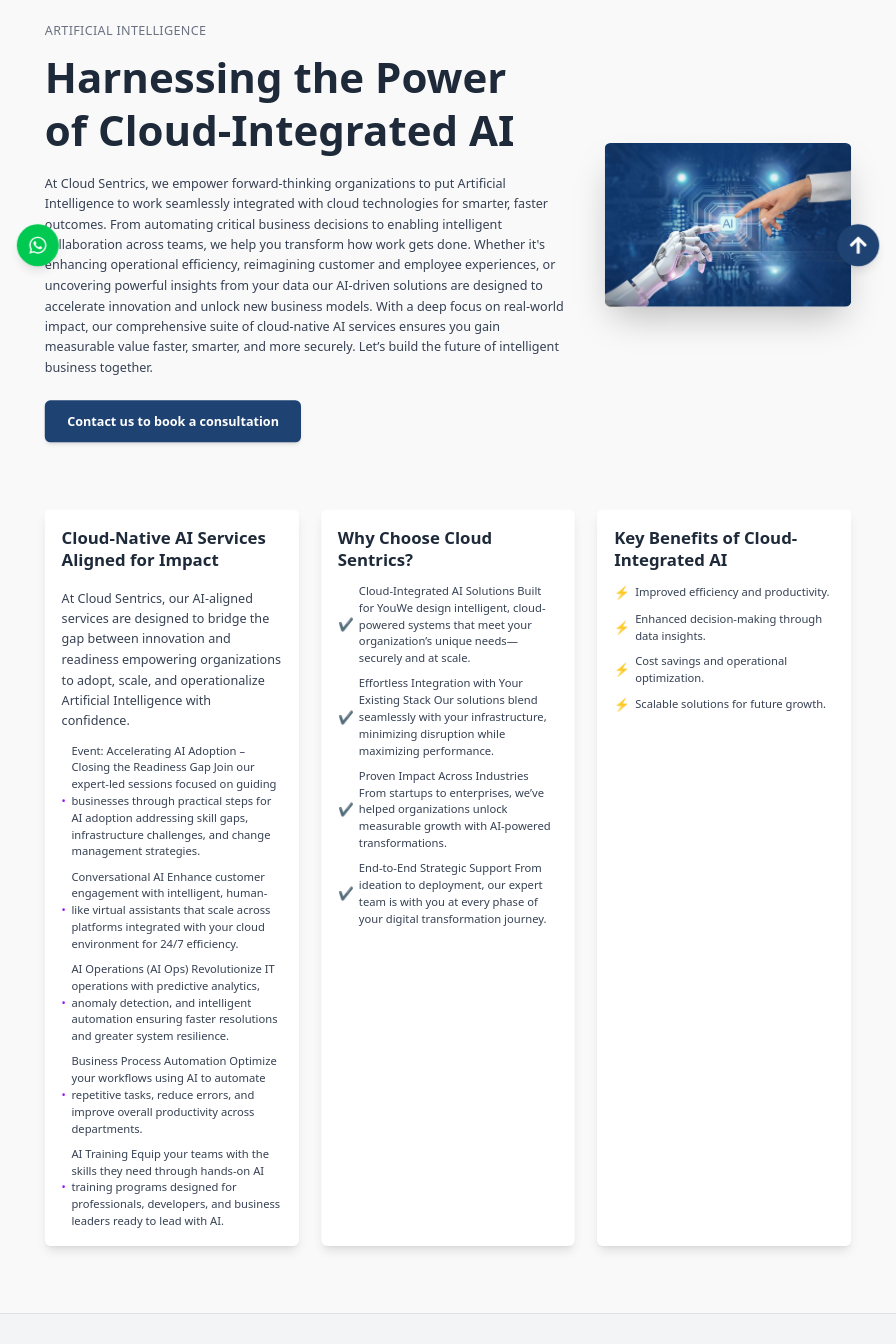
Repository: chykesure/cloudsentrics_
Page: /ai
These files come from the project's save history. The page is drawn as it stood at one moment and after a run of saves; the edit follows.
The browser window is 1280 px wide. The pictures show the part of the page from y = 307 to 2227 px (the page is 4520 px tall), at 70% of full size.
The page's requests for data from a server got no answer. The project was rebuilt for these pictures with package versions that can differ from the ones it lists, and the page was loaded fresh each time. No one was signed in, and anything a server would have sent is missing. Also part of the build but not shown: vite.config.js, src/pages/Header.jsx, src/pages/Footer.jsx, src/pages/students/Reviews.jsx, src/pages/students/Testimony.jsx, src/pages/students/TestimonyLanding.jsx, src/pages/LandingPage.jsx, src/pages/students/Header.jsx and 41 more.

Above is the page before, as saved 2025-04-09 20:21:24.

After the next 3 saves:
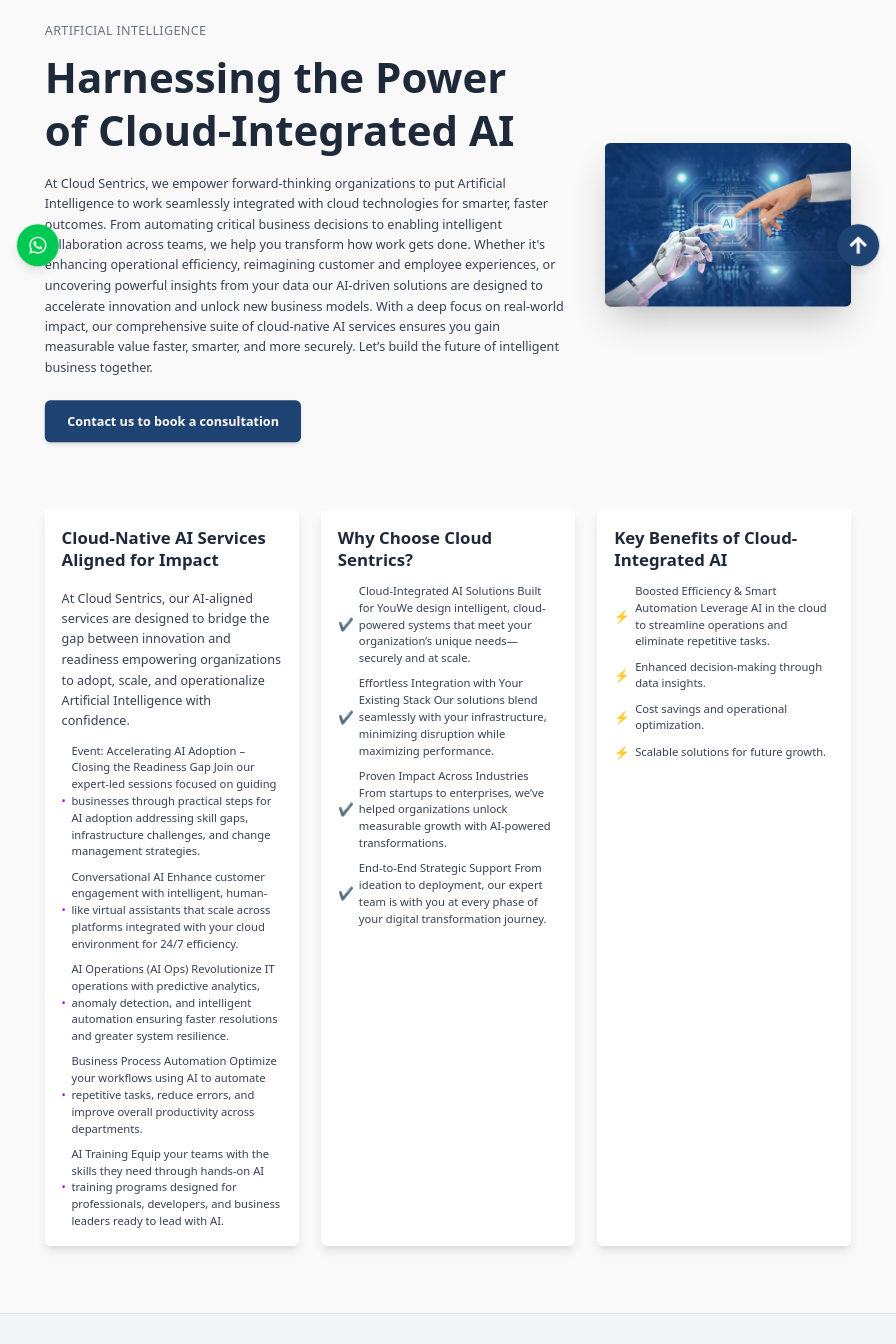
The 3 saves are shown as one change because they came seconds apart.
The last was saved 19 s later.
--- a/src/pages/partners/menu/ai.jsx
+++ b/src/pages/partners/menu/ai.jsx
@@ -155,7 +155,7 @@
                             <h4 className="text-2xl font-semibold text-gray-800">Key Benefits of Cloud-Integrated AI </h4>
                             <ul className="mt-4 space-y-3 text-gray-700">
                                 {[
-                                    "Improved efficiency and productivity.",
+                                    "Boosted Efficiency & Smart Automation Leverage AI in the cloud to streamline operations and eliminate repetitive tasks.",
                                     "Enhanced decision-making through data insights.",
                                     "Cost savings and operational optimization.",
                                     "Scalable solutions for future growth."
